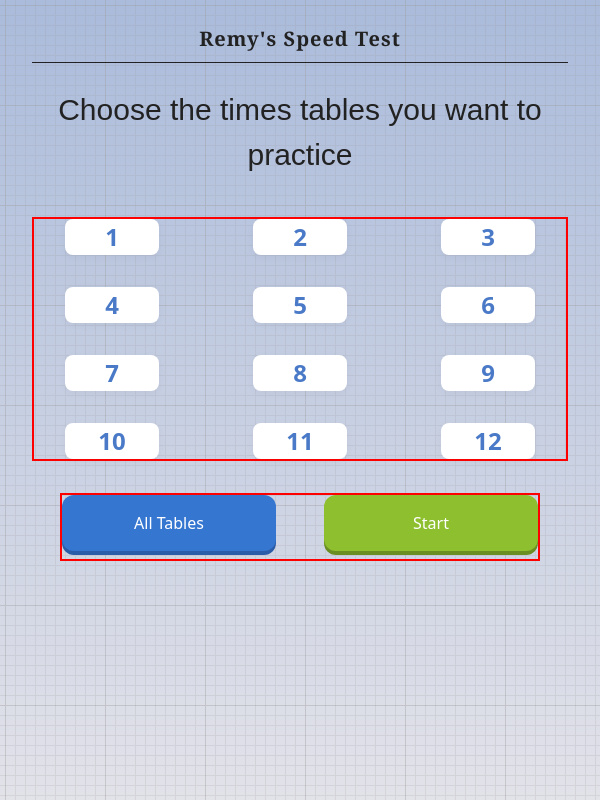
Repository: Chinurum-Omenuko/remys-speed-test
Page: / (app in app/)
An editor plug-in stored every save of this project. The page is shown before and after the next save, followed by the edit.
The browser window is 600 px wide. The pictures show the whole page.
The project was rebuilt for these pictures with package versions that can differ from the ones it lists, and the page was loaded fresh each time. The framework's server and built-in components were replaced by stand-ins that run in the browser. Also part of the build but not shown: app/svelte.config.js, app/vite.config.ts.

Above is the page before, as saved 2025-11-17 18:56:04.

After the next save:
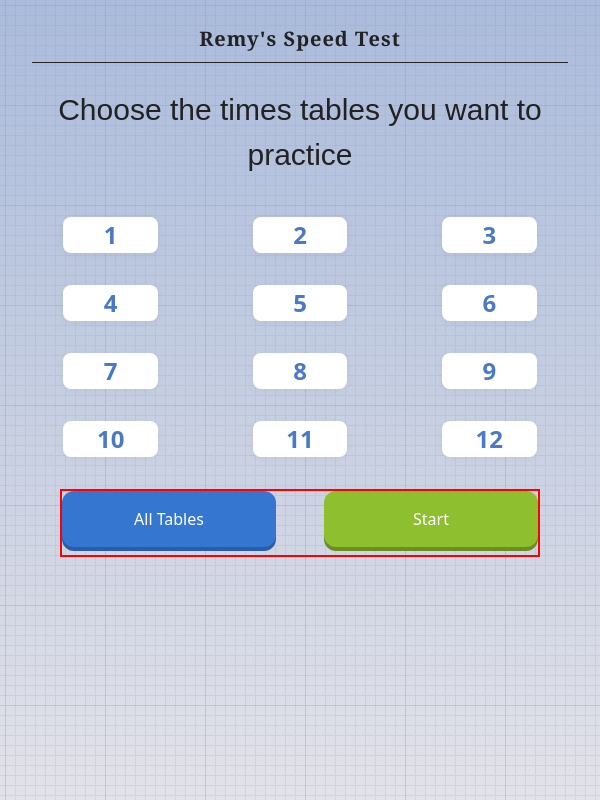
Saved 16 s later.
--- a/app/src/routes/+page.svelte
+++ b/app/src/routes/+page.svelte
@@ -196,7 +196,7 @@
 		}
 		.tables-grid {
 			grid-template-columns: repeat(3, 1fr);
-			border: solid 2px red;
+
 		}
 		.table-btn {
 			font-size: 1.5rem;
